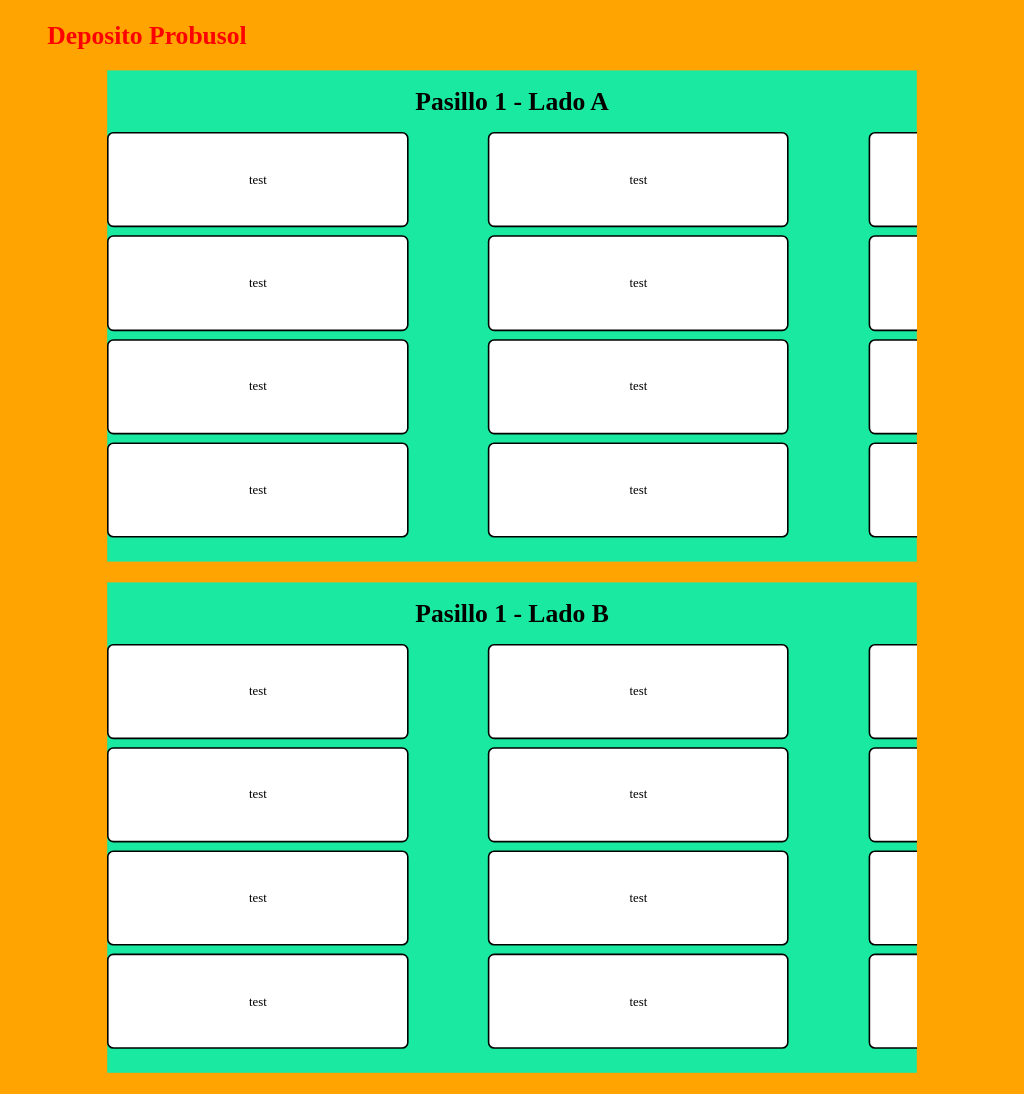
Repository: Franzcod/DepoStock_Web
Page: index.html
These files come from the project's save history. The page is drawn as it stood at one moment and after the next save; the edit follows.
The browser window is 1280 px wide. The pictures show the whole page, at 80% of full size.

Above is the page before, as saved 2020-06-07 02:59:58.
Console error: ReferenceError: ur is not defined

### index.html
<!DOCTYPE html>
<html lang="en">
<head>
    <meta charset="UTF-8">
    <meta name="viewport" content="width=device-width, initial-scale=1.0">
    <title>Deposito Probusol</title>

    <link rel="stylesheet" href="estilo/estilo.css">
</head>
<body>

    <div class="titulo">
        <h1>Deposito Probusol</h1>
    </div>


    <div class="app">
        <h1>Pasillo 1 - Lado A</h1>

        <ul class="hs">
            <li class="item">test</li>
            <li class="item">test</li>
            <li class="item">test</li>
            <li class="item">test</li>
            <li class="item">test</li>
            <li class="item">test</li>
            <li class="item">test</li>
            <li class="item">test</li>
            <li class="item">test</li>
            <li class="item">test</li>
            <li class="item">test</li>
            <li class="item">test</li>

        </ul>

        <!-- <div class="container">
            <div class="item">
            <h3>Block for context</h3>
            </div>
        </div> -->
    </div>

    <div class="app">
        <h1>Pasillo 1 - Lado B</h1>

        <ul class="hs">
            <li class="item">test</li>
            <li class="item">test</li>
            <li class="item">test</li>
            <li class="item">test</li>
            <li class="item">test</li>
            <li class="item">test</li>
            <li class="item">test</li>
            <li class="item">test</li>
            <li class="item">test</li>
            <li class="item">test</li>
            <li class="item">test</li>
            <li class="item">test</li>

        </ul>

        <!-- <div class="container">
            <div class="item">
            <h3>Block for context</h3>
            </div>
        </div> -->
    </div>






    <script>ur</script>

</body>







</html>

### estilo/estilo.css
html{
    background-color: rgba(255, 164, 0, 1);
}

.titulo{
    margin: 2vw 4vw;
    align-items: center;
    color: red;
}

#div2 {
    border: 3px solid black;
    width:  80%;
    height: 40%;
    margin: 2vw auto;
    padding: 2vh 2vh;
    background-color: rgba(105, 105, 105, 0.565);
}

#div2 { overflow-x: scroll;}

:root {
--gutter: 20px;
}

.app {
padding: var(--gutter) 0;
display: grid;
grid-gap: var(--gutter) 0;
/* grid-template-columns: var(--gutter) 1fr var(--gutter); */
align-content: start;
}

/* .app > * {
grid-column: 2 / 2;
} */
/*
.app > .full {
grid-column: 1 / -1;
} */

.hs {
    display: grid;
    grid-gap: calc(var(--gutter) / 2);
    grid-template-columns: repeat(3, calc(50% - var(--gutter) * 2));
    grid-template-rows: minmax(7vw, 1fr);

    overflow-x: scroll;
    /* scroll-snap-type: x proximity; */
    padding-bottom: calc(.75 * var(--gutter));
    margin-bottom: calc(-.25 * var(--gutter));

}

/* Demo styles */

ul {
    list-style: none;
    padding: 0;
    margin: 0;
}

h1,
h2,
h3 {
    margin: auto;
}

.app {
    width: 80%;
    height: 30%;
    background: rgb(26, 233, 161);
    overflow-y: scroll;
    margin: 2vw auto;

}

.hs > li,
.item {
    scroll-snap-align: center;
    /* padding: calc(var(--gutter) / 1 ); */
    display: flex;
    flex-direction: column;
    justify-content: center;
    align-items: center;
    background: #fff;
    border: 2px solid black;
    border-radius: 8px;
    height: 9vw;
    width: 80%;

}

After the next save:
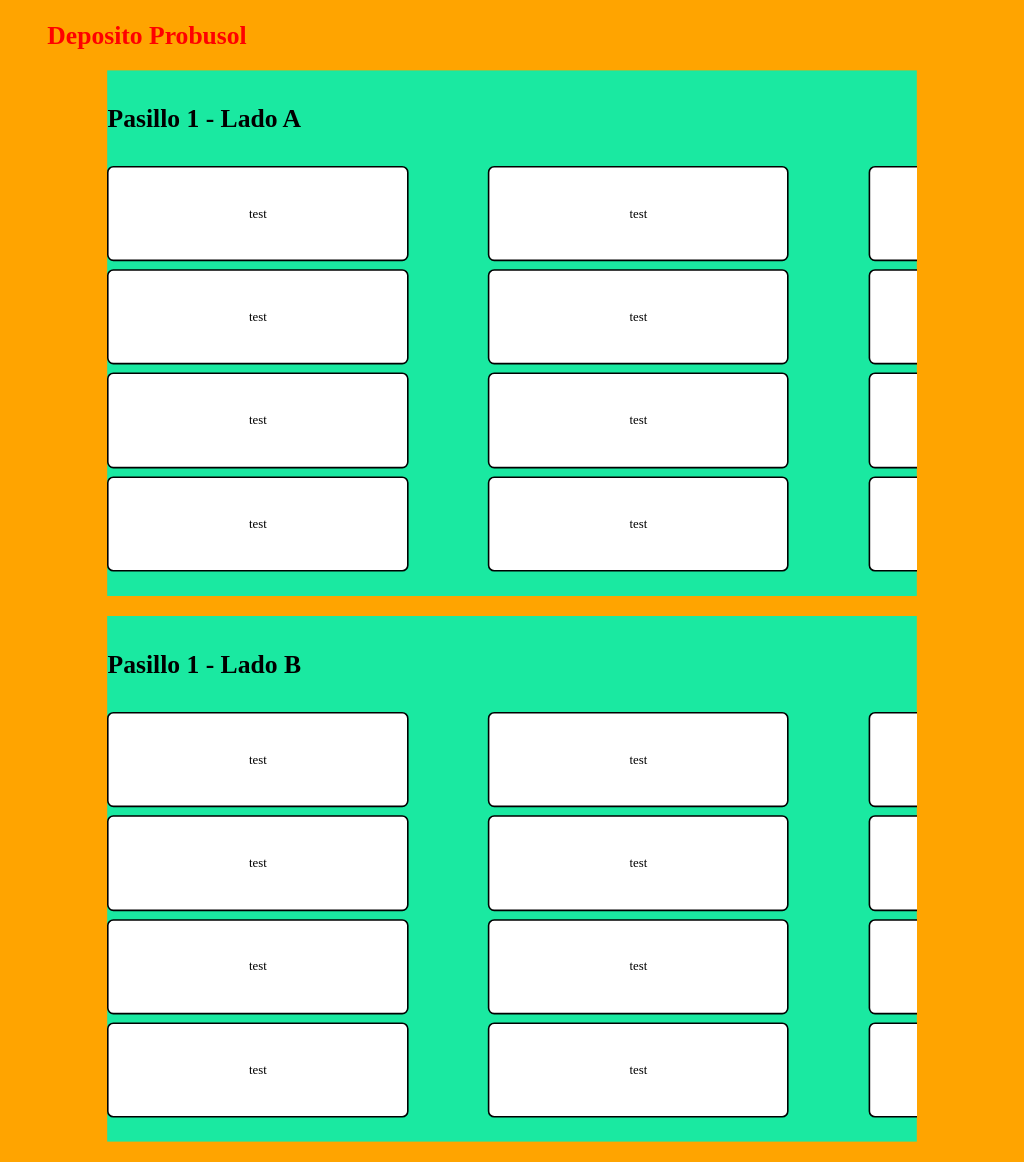
Saved 57 s later.
--- a/estilo/estilo.css
+++ b/estilo/estilo.css
@@ -60,7 +60,7 @@
     margin: 0;
 }
 
-h1,
+
 h2,
 h3 {
     margin: auto;
